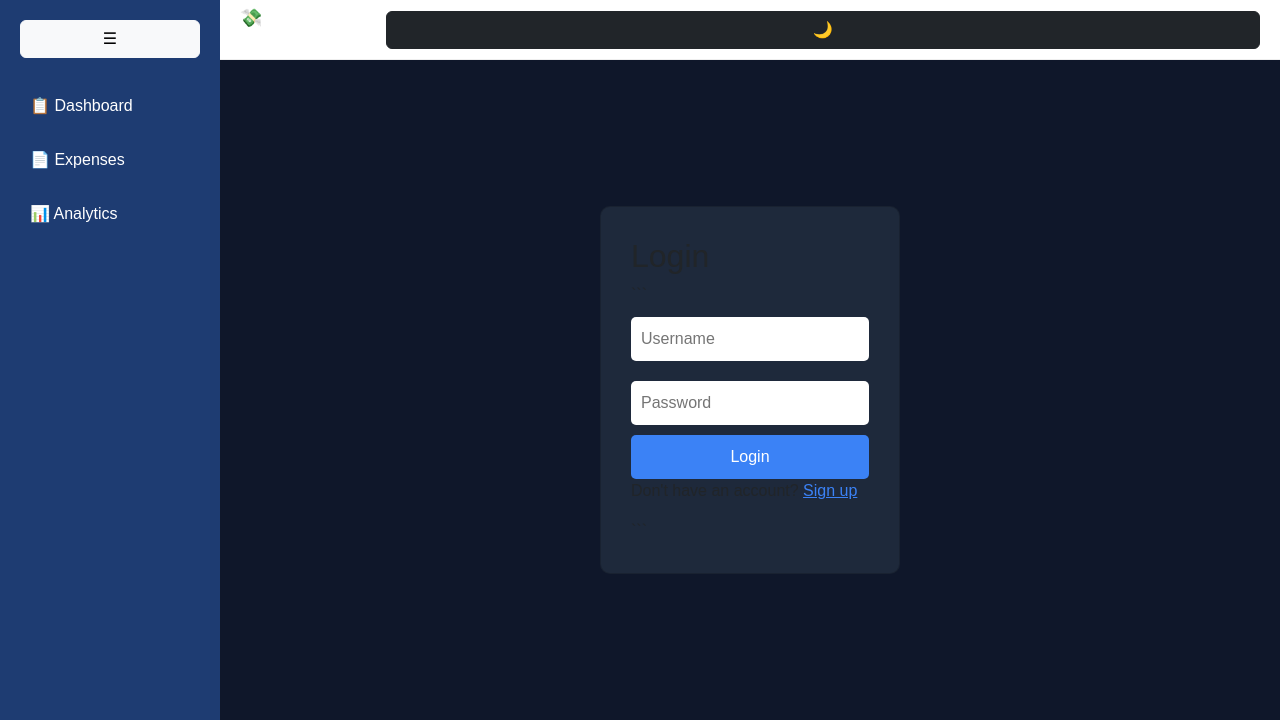
Repository: TejasChoudhary1996/expense-microservices
Page: http://localhost/ui-service/WEB-INF/jsp/pages/login.jsp
The author's editor kept a copy of each file at every save. The page is drawn from the files as they stood at one save, then again after the next save.
The browser window is 1280 px wide. The pictures show the whole page.
The page is served by Tomcat 10. Nobody is signed in. Other server files are loaded and not shown. The template is opened directly, without the code that normally fills it, so the values that code supplies are empty.

Above is the page before, as saved 2026-03-27 20:40:14.

### ui-service/src/main/webapp/WEB-INF/jsp/pages/login.jsp
<%@ page contentType="text/html; charset=UTF-8" pageEncoding="UTF-8"%>
<%@ include file="../layout/header.jsp" %>
<%@ include file="../layout/sidebar.jsp" %>


<html>
<head>
<meta charset="UTF-8">
<title>Login</title>
</head>
<body>
<div class="content">
<!DOCTYPE html>

<html>
<head>
    <title>Login</title>
    <style>
        body {
            font-family: Arial;
            background: #0f172a;
            display: flex;
            justify-content: center;
            align-items: center;
            height: 100vh;
            color: white;
        }
        .card {
            background: #1e293b;
            padding: 30px;
            border-radius: 10px;
            width: 300px;
        }
        input {
            width: 100%;
            padding: 10px;
            margin: 10px 0;
            border-radius: 5px;
            border: none;
        }
        button {
            width: 100%;
            padding: 10px;
            background: #3b82f6;
            color: white;
            border: none;
            border-radius: 5px;
        }
        a {
            color: #3b82f6;
        }
    </style>
</head>
<body>

<div class="card">
    <h2>Login</h2>

```
<form action="/login" method="post">
    <input name="username" placeholder="Username" required/>
    <input name="password" type="password" placeholder="Password" required/>
    <button type="submit">Login</button>
</form>

<p>Don't have an account? <a href="/signup">Sign up</a></p>
```

</div>

</body>
</html>

</div>
</body>
</html>

### ui-service/src/main/webapp/WEB-INF/jsp/layout/header.jsp
<%@ page contentType="text/html; charset=UTF-8" pageEncoding="UTF-8"%>

<!DOCTYPE html>
<html>
<head>

<meta charset="UTF-8">
<meta name="viewport" content="width=device-width, initial-scale=1">

<title>Expense Tracker</title>

<link href="https://cdn.jsdelivr.net/npm/bootstrap@5.3.0/dist/css/bootstrap.min.css" rel="stylesheet">
<script src="https://cdn.jsdelivr.net/npm/chart.js"></script>
<script src="https://cdn.jsdelivr.net/npm/bootstrap@5.3.0/dist/js/bootstrap.bundle.min.js"></script>
<%@ taglib prefix="c" uri="jakarta.tags.core"%>

<style>
body {
    margin: 0;
    font-family: 'Poppins', sans-serif;
    background: #f4f6f9;
}

/* ===== SIDEBAR ===== */
.sidebar {
    width: 220px;
    height: 100vh;
    background: #1e3c72;
    color: white;
    position: fixed;
    top: 0;
    left: 0;
    padding: 20px;
}

/* ===== HEADER ===== */
.header {
    position: fixed;
    top: 0;
    left: 220px;
    right: 0;
    height: 60px;
    background: white;
    display: flex;
    align-items: center;
    justify-content: space-between;
    padding: 0 20px;
    border-bottom: 1px solid #eee;
    z-index: 1000;
}

/* Header title modern look */
.header h5 {
    margin: 0;
    font-weight: 600;
    font-size: 18px;
}

/* ===== CONTENT ===== */
.content {
    margin-left: 220px;
    margin-top: 60px;
    padding: 20px;
}

/* ===== CARD ===== */
.card-box {
    background: white;
    padding: 20px;
    border-radius: 10px;
    margin-bottom: 20px;
}

/* ===== BUTTON ===== */
.btn-primary {
    background: #ff7a18;
    border: none;
}

/* ===== SIDEBAR LINKS ===== */
.sidebar a {
    display: block;
    padding: 10px;
    margin: 10px 0;
    color: white;
    text-decoration: none;
    border-radius: 8px;
}

.sidebar a:hover {
    background: rgba(255,255,255,0.1);
}

.sidebar a.active {
    background: #ff7a18;
}

/* ===== COLLAPSE ===== */
.sidebar.collapsed {
    width: 70px;
}

.sidebar.collapsed span {
    display: none;
}

.content.expanded {
    margin-left: 70px;
}

.header.expanded {
    left: 70px;
}

/* ===== DARK MODE ===== */
body.dark {
    background: #121212;
    color: white;
}

/* FIX HEADER IN DARK MODE */
body.dark .header {
    background: #1e1e1e;
    color: white;
    border-bottom: 1px solid #333;
}

body.dark .card-box {
    background: #1e1e1e;
}

body.dark .sidebar {
    background: #000;
}

body.dark input,
body.dark select {
    background: #2c2c2c;
    color: white;
    border: none;
}

/* Inputs fix */
body.dark input::placeholder {
    color: #aaa;
}

canvas {
    max-height: 300px !important;
}
</style>

<script>

function toggleSidebar() {
    const sidebar = document.getElementById("sidebar");
    const content = document.querySelector(".content");
    const header = document.querySelector(".header");

    if (!sidebar || !content || !header) return;

    sidebar.classList.toggle("collapsed");
    content.classList.toggle("expanded");
    header.classList.toggle("expanded");
}

function toggleTheme() {
    document.body.classList.toggle("dark");
}
</script>
</script>

</head>

<body>


<!-- ===== HEADER ===== -->
<div class="header">
    <h5>💸 Expense Tracker</h5>
    <button onclick="toggleTheme()" class="btn btn-dark">🌙</button>
</div>

### ui-service/src/main/webapp/WEB-INF/jsp/layout/sidebar.jsp
<%@ page contentType="text/html; charset=UTF-8" pageEncoding="UTF-8"%>

<div class="sidebar" id="sidebar">

    <button onclick="toggleSidebar()" class="btn btn-light mb-3">☰</button>

  <a href="/" class="menu-item ${page == 'dashboard' ? 'active' : ''}">
        📋 <span>Dashboard</span>
    </a>

    <a href="/expenses" class="menu-item ${page == 'expenses' ? 'active' : ''}">
        📄 <span>Expenses</span>
    </a>

    <a href="/analytics" class="menu-item ${page == 'analytics' ? 'active' : ''}">
        📊 <span>Analytics</span>
    </a>

</div>

After the next save:
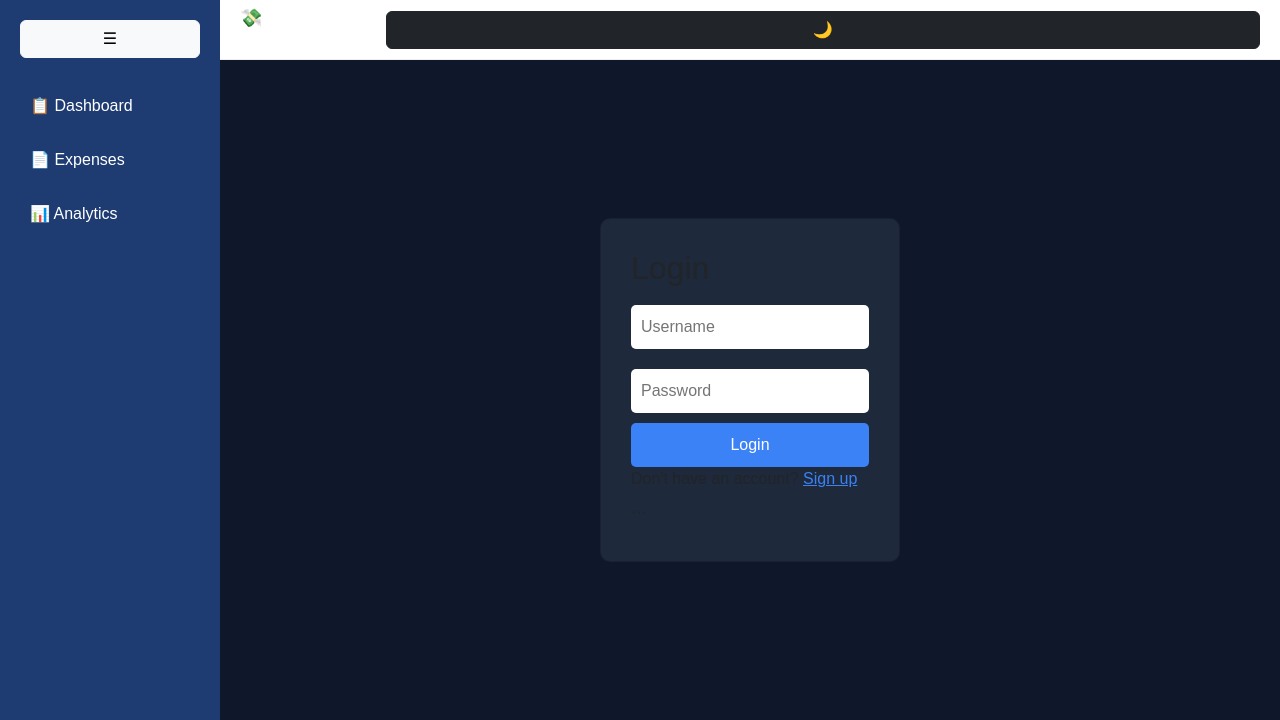
Saved 4 s later.
--- a/ui-service/src/main/webapp/WEB-INF/jsp/pages/login.jsp
+++ b/ui-service/src/main/webapp/WEB-INF/jsp/pages/login.jsp
@@ -56,7 +56,7 @@
 <div class="card">
     <h2>Login</h2>
 
-```
+
 <form action="/login" method="post">
     <input name="username" placeholder="Username" required/>
     <input name="password" type="password" placeholder="Password" required/>
